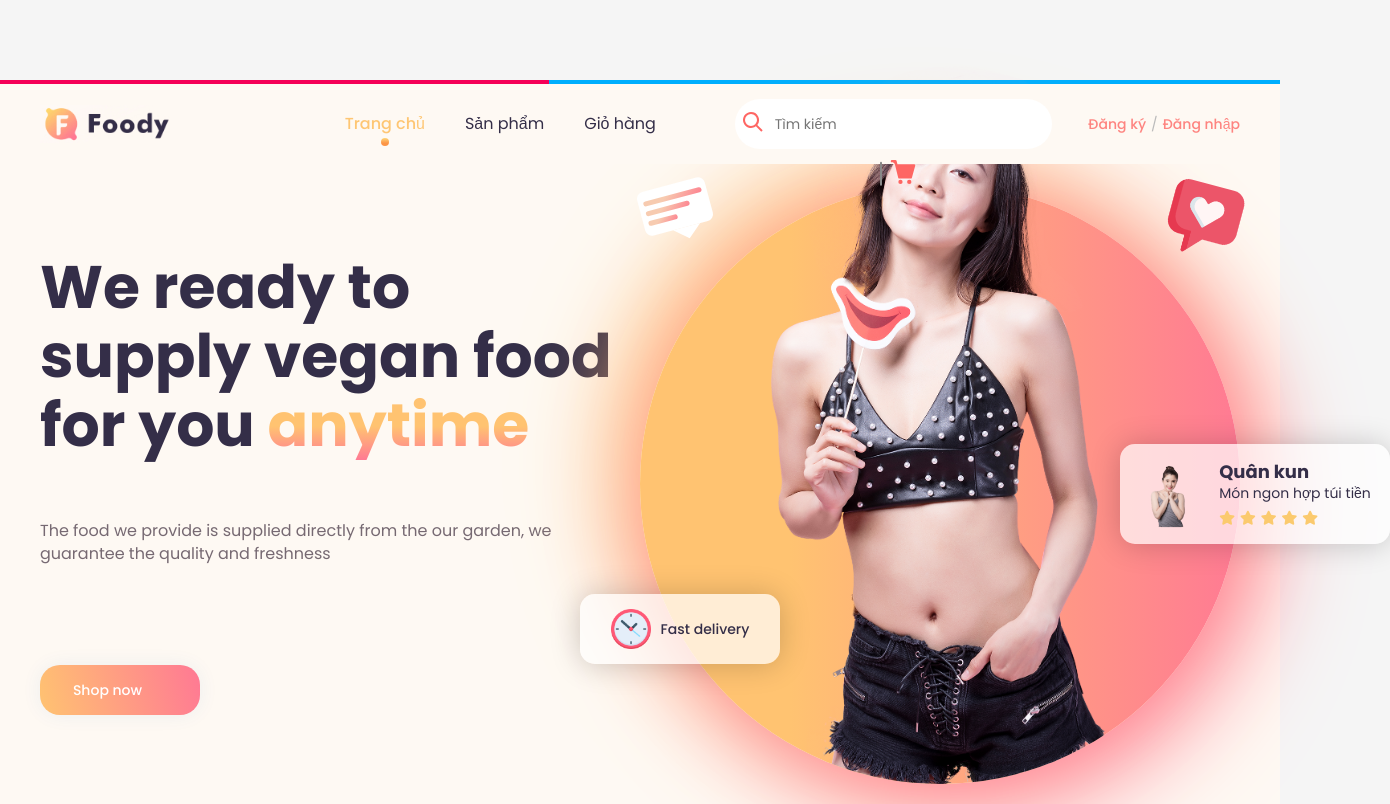
Repository: phamvuhung2710/react-ecommerce
Page: /
These files come from the project's save history. The page is drawn as it stood at one moment and after the next save; the edit follows.
The browser window is 1280 px wide. The page is 1390 px wide, so the pictures cover 1390 px, including what lies to the right of the window. The pictures show the whole page.
The page's requests for data from a server got no answer. Some web libraries are served in a nearby version. The project was rebuilt for these pictures with package versions that can differ from the ones it lists, and the page was loaded fresh each time. No one was signed in, and anything a server would have sent is missing. Also part of the build but not shown: src/guard/AuthenticatedGuard.jsx, src/guard/UnauthenticatedGuard.jsx, src/layouts/CartLayout/CartLayout.jsx, src/layouts/RegisterLayout/RegisterLayout.jsx.

Above is the page before, as saved 2021-09-07 19:03:30.

### public/index.html
<!DOCTYPE html>
<html lang="en">
  <head>
    <meta charset="utf-8" />
    <link rel="icon" href="%PUBLIC_URL%/logo512.png" />
    <meta name="viewport" content="width=device-width, initial-scale=1" />
    <meta name="theme-color" content="#000000" />
    <meta
      name="description"
      content="Web site created using create-react-app"
    />
    <link rel="apple-touch-icon" href="%PUBLIC_URL%/logo512.png" />
    <!--
      manifest.json provides metadata used when your web app is installed on a
      user's mobile device or desktop. See https://developers.google.com/web/fundamentals/web-app-manifest/
    -->
    <link rel="manifest" href="%PUBLIC_URL%/manifest.json" />
    <!--
      Notice the use of %PUBLIC_URL% in the tags above.
      It will be replaced with the URL of the `public` folder during the build.
      Only files inside the `public` folder can be referenced from the HTML.

      Unlike "/favicon.ico" or "favicon.ico", "%PUBLIC_URL%/favicon.ico" will
      work correctly both with client-side routing and a non-root public URL.
      Learn how to configure a non-root public URL by running `npm run build`.
    -->
    <title>Foody</title>
    <link
      rel="stylesheet"
      href="https://pro.fontawesome.com/releases/v5.10.0/css/all.css"
      integrity="sha384-AYmEC3Yw5cVb3ZcuHtOA93w35dYTsvhLPVnYs9eStHfGJvOvKxVfELGroGkvsg+p"
      crossorigin="anonymous"
    />
  </head>
  <body>
    <noscript>You need to enable JavaScript to run this app.</noscript>
    <div id="root"></div>
    <!--
      This HTML file is a template.
      If you open it directly in the browser, you will see an empty page.

      You can add webfonts, meta tags, or analytics to this file.
      The build step will place the bundled scripts into the <body> tag.

      To begin the development, run `npm start` or `yarn start`.
      To create a production bundle, use `npm run build` or `yarn build`.
    -->
  </body>
</html>

### src/assets/styles/global.scss
@font-face {
  font-family: 'Inter';
  src: url('../font/Inter-VariableFont_slnt\,wght.ttf')
      format('woff2 supports variations'),
    url('../font/Inter-VariableFont_slnt\,wght.ttf') format('woff2-variations');
  font-weight: 100 900;
}
@import url('https://fonts.googleapis.com/css2?family=Poppins:wght@100;200;300;400;500;600;700;800;900&display=swap');

$font: 'Poppins';

html {
  font-size: 62.5%;
}

body {
  font-size: 1.4rem;
  font-weight: 400;
  font-family: $font, sans-serif;
  background-color: #f5f5f5;
  color: rgba(0, 0, 0, 0.8);
}

* {
  margin: 0;
  padding: 0;
  box-sizing: border-box;
}

.container {
  width: 1200px;
  margin-left: auto;
  margin-right: auto;
}

.link {
  color: #ee4d2d;
  font-size: 1.4rem;
  cursor: pointer;
}

ul {
  list-style: none;
}

:focus-visible {
  outline: none;
}

button {
  cursor: pointer;
  &:disabled {
    cursor: default;
  }
}

a {
  text-decoration: none;
}

svg {
  width: 1em;
  height: 1em;
  fill: currentColor;
}

.menu--active {
  cursor: pointer;
  color: #fec673 !important;
  font-weight: 500 !important;
  &::before {
    content: '';
    position: absolute;
    top: 100%;
    left: 50%;
    width: 8px;
    height: 8px;
    border-radius: 50%;
    background: linear-gradient(
      to top,
      rgba(252, 149, 70, 1) 35%,
      rgba(254, 214, 119, 1) 100%
    );
    transform: translateX(-50%);
  }
}

.category--active {
  cursor: pointer;
  color: #fec673 !important;
  font-weight: 500 !important;
  &::before {
    content: '';
    position: absolute;
    top: 100%;
    left: 0%;
    width: 8px;
    height: 8px;
    border-radius: 50%;
    background: linear-gradient(
      to top,
      rgba(252, 149, 70, 1) 35%,
      rgba(254, 214, 119, 1) 100%
    );
    transform: translateX(-50%);
  }
}

// css for react-toasify
.Toastify__toast--error {
  border: 1px solid rgb(248, 96, 134);
  background: #fdf1f0 !important;
  border-radius: 5px !important;
  color: rgb(248, 96, 134) !important;
  font-family: $font, sans-serif;
  font-size: 14px;
  padding-left: 20px;
  line-height: 20px;
  padding: 0px;
  padding-top: 25px;
  width: 100%;
  font-weight: 500;
  text-align: center;
}
.Toastify__toast--error::after {
  position: absolute;
  color: #333333;
  font-size: 15px;
  font-weight: 700;
  left:265px;
  padding-top: 14px !important;
  width: fit-content;
  height: auto;
}
.Toastify__toast--error::before {
  content : url('../../assets/svg/error.svg');
  position:relative;
  z-index:100000;
  left:12px;
  width: 24px;
  height: 24px;
  margin-right: 5px;
}
.Toastify__toast--success {
  border: 1px solid rgb(44, 204, 255) !important;
  border-radius: 5px !important;
  background: #ebf5ff !important;
  color: rgb(44, 204, 255) !important;
  font-family: $font, sans-serif;
  display: flex;
  align-items: center;
}
.Toastify__toast--success::before {
  content : url('../../assets/svg/success.svg');
  position:relative;
  z-index:100000;
  left:12px;
  width: 24px;
  height: 24px;
  margin-right: 5px;
}
.Toastify__toast--success::after {
  position: absolute;
  color: #2657bb !important;
  background: #00aefd !important;
  font-size: 15px;
  font-weight: 700;
  left:265px;
  padding-top: 14px !important;
  width: fit-content;
  height: auto;
}
.Toastify__toast--warning {
  border: 1px solid rgb(255, 205, 43) !important;
  background: #fffdeb !important;
  border-radius: 5px !important;
  color: rgb(255, 205, 43) !important;
  font-family: $font, sans-serif;
  font-size: 14px;
  padding-left: 20px;
  line-height: 20px;
  width: 100%;
  font-weight: 500;
  text-align: center;
}
.Toastify__toast--warning::before {
  position:relative;
  z-index:100000;
  left:12px;
  top:6px;
}
.Toastify__toast--warning::after {
  position: absolute;
  color: #E78326;
  font-size: 15px;
  font-weight: 700;
  left:265px;
  padding-top: 14px !important;
  width: fit-content;
  height: auto;
}
.Toastify__toast-body {
  // border-radius: 5px !important;
  // background: #ebf5ff !important;
  // color: #2657bb !important;
  font-family: "Poppins", sans-serif;
  font-size: 14px;
  padding-left: 20px;
  line-height: 20px;
  padding-left: 15px;
  width: 100%;
  font-weight: 500;
  text-align: center;
  display: flex;
  align-items: center;
}
.Toastify__toast > button>  svg {
  display: none;
}

.Toastify__progress-bar--error {
  background-color: rgba(248, 96, 134,0.7) !important;
}

.Toastify__progress-bar--success {
  background-color: rgba(44, 204, 255, 0.7) !important;
}

### src/Routes.jsx
import React, { lazy, Suspense } from 'react'
import { Route, Switch } from 'react-router-dom'
import Fallback from './components/Fallback/Fallback'
import { path } from './constants/path'
import AuthenticatedGuard from './guard/AuthenticatedGuard'
import UnauthenticatedGuard from './guard/UnauthenticatedGuard'
import CartLayout from './layouts/CartLayout/CartLayout'
import MainLayout from './layouts/MainLayout/MainLayout'
import RegisterLayout from './layouts/RegisterLayout/RegisterLayout'

const Home = lazy(() => import('./pages/Home/Home'))
const Product = lazy(() => import('./pages/Product/Product'))
const ProductDetail = lazy(() => import('./pages/ProductDetail/ProductDetail'))
const User = lazy(() => import('./pages/User/User'))
const NotFound = lazy(() => import('./pages/NotFound/NotFound'))
const Cart = lazy(() => import('./pages/Cart/Cart'))
const Login = lazy(() => import('./pages/Auth/Login/Login'))
const Register = lazy(() => import('./pages/Auth/Register/Register'))

export default function Routes() {
  return (
    <Switch>
      <Route path={path.home} exact>
        <MainLayout>
          <Suspense fallback={<Fallback />}>
            <Home />
          </Suspense>
        </MainLayout>
      </Route>

      <Route path={path.product} exact>
        <MainLayout>
          <Suspense fallback={<Fallback />}>
            <Product />
          </Suspense>
        </MainLayout>
      </Route>

      <Route path={path.productDetail} exact>
        <MainLayout>
          <Suspense fallback={<Fallback />}>
            <ProductDetail />
          </Suspense>
        </MainLayout>
      </Route>

      <Route path={path.login}>
        <UnauthenticatedGuard>
          <RegisterLayout title="Đăng nhập">
            <Suspense fallback={<Fallback />}>
              <Login />
            </Suspense>
          </RegisterLayout>
        </UnauthenticatedGuard>
      </Route>

      <Route path={path.register}>
        <UnauthenticatedGuard>
          <RegisterLayout title="Đăng ký">
            <Suspense fallback={<Fallback />}>
              <Register />
            </Suspense>
          </RegisterLayout>
        </UnauthenticatedGuard>
      </Route>

      <Route path={path.user}>
        <AuthenticatedGuard>
          <MainLayout>
            <Suspense fallback={<Fallback />}>
              <User />
            </Suspense>
          </MainLayout>
        </AuthenticatedGuard>
      </Route>

      <Route path={path.cart}>
        <AuthenticatedGuard>
          <CartLayout>
            <Suspense fallback={<Fallback />}>
              <Cart />
            </Suspense>
          </CartLayout>
        </AuthenticatedGuard>
      </Route>

      <Route path={path.notFound}>
        <Suspense fallback={<Fallback />}>
          <NotFound />
        </Suspense>
      </Route>
    </Switch>
  )
}

### src/components/Authorization/Authorization.jsx
import { useEffect } from 'react'
import { useDispatch, useSelector } from 'react-redux'
import { unauthorize } from 'src/pages/Auth/auth.slice'
import { path } from 'src/constants/path'
import { useHistory } from 'react-router-dom'
import { useAuthenticated } from 'src/hooks/useAuthenticated'
import { getCartPurchases } from 'src/pages/Cart/cart.slice'

function Authorization(props) {
  const status = useSelector(state => state.app.status)
  const dispatch = useDispatch()
  const history = useHistory()
  const authenticated = useAuthenticated()

  useEffect(() => {
    if (status === 401) {
      dispatch(unauthorize)
      history.push(path.login)
    }
  }, [status, dispatch, history])

  useEffect(() => {
    if (authenticated) {
      dispatch(getCartPurchases())
    }
  }, [dispatch, authenticated])

  return null
}

export default Authorization

### src/components/Fallback/Fallback.jsx
import React from 'react'
import { LinearProgress } from '@material-ui/core'
import styled from 'styled-components'
import { useSelector } from 'react-redux'

const StyledLoading = styled(LinearProgress)`
  /* position: fixed !important;
  top: 0;
  left: 0;
  right: 0; */
  margin-top: 80px;
  background-color: #00aefd !important;
`

function Fallback(props) {
  const loading = useSelector(state => state.app.loading)

  if (loading > 0) {
    return <StyledLoading color="secondary" />
  }

  // return null
  return <StyledLoading color="secondary" />
}
export default Fallback

### src/constants/path.js
const USER = '/user'

export const path = {
  home: '/',
  cart: '/cart',
  product: '/product',
  productDetail: '/product/:productId',
  login: '/login',
  register: '/register',
  user: USER,
  profile: `${USER}/profile`,
  password: `${USER}/password`,
  purchase: `${USER}/purchase`,
  notFound: '*'
}

### src/layouts/MainLayout/MainLayout.jsx
import React from 'react'
import Header from 'src/components/Header/Header'
import PropTypes from 'prop-types'

MainLayout.propTypes = {
  children: PropTypes.oneOfType([
    PropTypes.element,
    PropTypes.arrayOf(PropTypes.element)
  ])
}

function MainLayout({ children }) {
  return (
    <div>
      <Header />
      {children}
      {/* <Footer /> */}
    </div>
  )
}

export default MainLayout

### src/pages/Home/Home.jsx
import React from 'react'
import { path } from 'src/constants/path'
import * as S from './home.style'

export default function Home() {
  return (
    <S.Background>
      <S.Container className="container">
        <S.MainLeft>
          <S.Title>
            We ready to supply vegan food for you{' '}
            <S.TitleHighLight>anytime</S.TitleHighLight>
          </S.Title>
          <S.Description>
            The food we provide is supplied directly from the our garden, we
            guarantee the quality and freshness
          </S.Description>
          <S.ShopNow to={path.product}>
            <S.NameButton>Shop now</S.NameButton>
            <S.IconButton className="fas fa-chevron-circle-right"></S.IconButton>
          </S.ShopNow>
        </S.MainLeft>
        <S.MainRight>
          <S.CircleMain>
            <S.FoodGirl src="/img/girl-foody.png" />
            <S.FlashHeart src="/img/heart.png" />
            <S.FlashComment>
              <S.FlashCommentAvatar>
                <S.FlashCommentImage src="/img/avatar.png" />
              </S.FlashCommentAvatar>
              <S.FlashCommentDetail>
                <S.FlashCommentTitle>Quân kun</S.FlashCommentTitle>
                <S.FlashCommentContent>
                  Món ngon hợp túi tiền
                </S.FlashCommentContent>
                <S.FlashCommentStar>
                  <S.FlashCommentStarIcon className="fas fa-star" />
                  <S.FlashCommentStarIcon className="fas fa-star" />
                  <S.FlashCommentStarIcon className="fas fa-star" />
                  <S.FlashCommentStarIcon className="fas fa-star" />
                  <S.FlashCommentStarIcon className="fas fa-star" />
                </S.FlashCommentStar>
              </S.FlashCommentDetail>
            </S.FlashComment>
            <S.FlashMessage>
              <S.FlashMessageLine />
              <S.FlashMessageLine />
              <S.FlashMessageLine />
            </S.FlashMessage>
            <S.FlashDelivery>
              <S.FlashDeliveryIcon src="/img/clock.png" />
              <S.FlashDeliveryText>Fast delivery</S.FlashDeliveryText>
            </S.FlashDelivery>
          </S.CircleMain>
        </S.MainRight>
      </S.Container>
    </S.Background>
  )
}

### src/hooks/useAuthenticated.js
import { useSelector } from 'react-redux'

export function useAuthenticated() {
  return useSelector(state => Boolean(state.auth.profile._id))
}

### src/api/user.api.js
import axiosClient from './axiosClient'

const userApi = {
  updateMe(data) {
    const url = '/user'
    return axiosClient.put(url, data)
  }
}

export default userApi

### src/components/Header/Header.jsx
import React, { useEffect, useState } from 'react'
import * as S from './header.style'
import usePopover from 'src/hooks/usePopover'
import Popover from '../Popover/Popover'
import { path } from 'src/constants/path'
import { logout } from 'src/pages/Auth/auth.slice'
import { useDispatch, useSelector } from 'react-redux'
import { useAuthenticated } from 'src/hooks/useAuthenticated'
import { useHistory } from 'react-router-dom'
import useQuery from 'src/hooks/useQuery'
import { formatMoney } from 'src/utils/helper'
import { useRouteMatch } from 'react-router-dom'
import { unwrapResult } from '@reduxjs/toolkit'

Header.propTypes = {}

function Header() {
  const match = useRouteMatch()
  const authenticated = useAuthenticated()
  const profile = useSelector(state => state.auth.profile)
  const { activePopover, showPopover, hidePopover } = usePopover()
  const [isUserPopover, setIsUserPopover] = useState(false)
  const dispatch = useDispatch()
  const [searchValue, setSearchValue] = useState('')
  const history = useHistory()
  const query = useQuery()
  const purchases = useSelector(state => state.cart.purchases)

  useEffect(() => {
    const { name = '' } = query
    setSearchValue(name)
  }, [query])

  const onChangeSearch = event => {
    setSearchValue(event.target.value)
  }

  const handleLogout = () => {
    dispatch(logout())
  }

  const handleShowPopoverCart = () => {
    setIsUserPopover(false)
    showPopover()
  }

  const handleShowPopoverUser = () => {
    setIsUserPopover(true)
    showPopover()
  }

  const search = event => {
    event.preventDefault()
    history.push(path.product + `?name=${searchValue}`)
  }

  return (
    <S.StyledHeader>
      <div className="container">
        {/* <Navbar /> */}
        <S.HeaderWrap>
          <S.Logo to="/">
            <S.ImageLogo src="/img/logo-foody.png" />
          </S.Logo>
          <S.Menu>
            <S.MenuItem
              activeClassName={match.url === path.home ? 'menu--active' : ''}
              to={path.home}
            >
              Trang chủ
            </S.MenuItem>
            <S.MenuItem
              activeClassName={match.url === path.product ? 'menu--active' : ''}
              to={path.product}
            >
              Sản phẩm
            </S.MenuItem>
            <S.MenuItem
              activeClassName={match.url === path.cart ? 'menu--active' : ''}
              to={path.cart}
            >
              Giỏ hàng
            </S.MenuItem>
            {/* <S.MenuItem to={path.user}>Tài khoản</S.MenuItem> */}
          </S.Menu>
          <S.StyledForm onSubmit={search}>
            <S.IConSearch>
              <svg
                width={24}
                height={24}
                viewBox="0 0 24 24"
                xmlns="http://www.w3.org/2000/svg"
                version="1.1"
                xmlnsXlink="http://www.w3.org/1999/xlink"
                className="d7e-0f24ac d7e-72271e"
              >
                <path
                  d="M10 2a8 8 0 016.32 12.905l5.387 5.388-1.414 1.414-5.388-5.386A8 8 0 1110 2zm0 2a6 6 0 100 12 6 6 0 000-12z"
                  fill="#fe6663"
                  fillRule="nonzero"
                />
              </svg>
            </S.IConSearch>
            <S.StyledInput
              placeholder="Tìm kiếm"
              onChange={onChangeSearch}
              value={searchValue}
            />
            <S.Cart
              onMouseEnter={handleShowPopoverCart}
              onMouseLeave={hidePopover}
            >
              <S.CartContainer>
                <S.CartIcon to="/cart">
                  <svg
                    viewBox="0 0 26.6 25.6"
                    className="shopee-svg-icon navbar__link-icon icon-shopping-cart-2"
                  >
                    <polyline
                      fill="#fe6663"
                      points="2 1.7 5.5 1.7 9.6 18.3 21.2 18.3 24.6 6.1 7 6.1"
                      strokeLinecap="round"
                      strokeLinejoin="round"
                      strokeMiterlimit={10}
                      strokeWidth="2.5"
                    />
                    <circle cx="10.7" cy={23} r="2.2" stroke="none" />
                    <circle cx="19.7" cy={23} r="2.2" stroke="none" />
                  </svg>
                  {/* <img src="/img/shopping-cart.png" alt="#" /> */}
                </S.CartIcon>
                <Popover active={!isUserPopover && activePopover}>
                  <S.PopoverContent>
                    <S.PopoverTitle>Sản phẩm mới thêm</S.PopoverTitle>
                    {purchases &&
                      purchases.length > 0 &&
                      purchases.slice(0, 5).map(purchase => (
                        <S.MiniProductCart key={purchase._id}>
                          <S.MiniProductCartImg src={purchase.product.image} />
                          <S.MiniProductCartTitle>
                            {purchase.product.name}
                          </S.MiniProductCartTitle>
                          <S.MiniProductCartPrice>
                            đ{formatMoney(purchase.product.price)}
                          </S.MiniProductCartPrice>
                        </S.MiniProductCart>
                      ))}

                    <S.PopoverFooter>
                      <S.MoreProduct>
                        {purchases && purchases.length > 5 && (
                          <span>{purchases.length - 5} sản phẩm vào giỏ</span>
                        )}
                      </S.MoreProduct>
                      <S.ButtonShowCart to={path.cart}>
                        Xem giỏ hàng
                      </S.ButtonShowCart>
                    </S.PopoverFooter>
                  </S.PopoverContent>
                </Popover>
              </S.CartContainer>
            </S.Cart>
            {purchases && purchases.length > 0 && (
              <S.CartNumberBadge>{purchases.length}</S.CartNumberBadge>
            )}
          </S.StyledForm>
          <S.UserAccount>
            {authenticated && (
              <span>
                <S.User
                  onMouseEnter={handleShowPopoverUser}
                  onMouseLeave={hidePopover}
                >
                  <S.UserImage src="/img/anh-4.jpg" />
                  <S.Username>{profile.name || profile.email}</S.Username>
                  <Popover active={isUserPopover && activePopover}>
                    <S.UserLink to={path.user}>Tài khoản của tôi</S.UserLink>
                    <S.UserLink to={path.purchase}>Đơn mua</S.UserLink>
                    <S.UserButton onClick={handleLogout}>
                      Đăng xuất
                    </S.UserButton>
                  </Popover>
                </S.User>
              </span>
            )}
            {!authenticated && (
              <S.RegisterOrLogin>
                <span>
                  <S.NavLink to={path.register}>Đăng ký</S.NavLink>
                </span>
                <S.Separate> / </S.Separate>
                <span>
                  <S.NavLink to={path.login}>Đăng nhập</S.NavLink>
                </span>
              </S.RegisterOrLogin>
            )}
          </S.UserAccount>
        </S.HeaderWrap>
      </div>
    </S.StyledHeader>
  )
}

export default Header

### src/hooks/useQuery.js
import { useMemo } from 'react'
import { useLocation } from 'react-router-dom'
import qs from 'query-string'

export default function useQuery() {
  const location = useLocation()
  const queryString = useMemo(
    () => qs.parse(location.search),
    [location.search]
  )

  return queryString
}

### src/constants/status.js
export const purchaseStatus = {
  inCart: -1,
  all: 0,
  waitForConfirmation: 1,
  waitForGetting: 2,
  inProgress: 3,
  delivered: 4,
  cancelled: 5
}

### src/hooks/usePopover.js
import { useState } from 'react'

export default function usePopover() {
  const [activePopover, setActivePopover] = useState(false)
  const showPopover = () => setActivePopover(true)
  const hidePopover = () => setActivePopover(false)
  return {
    activePopover,
    showPopover,
    hidePopover
  }
}

### src/components/Popover/Popover.jsx
 import React from 'react'
import PropTypes from 'prop-types'
import * as S from './popover.style'

Popover.propTypes = {
  active: PropTypes.bool,
  children: PropTypes.oneOfType([
    PropTypes.element,
    PropTypes.arrayOf(PropTypes.element)
  ])
}

function Popover({ active, children }) {
  return (
    <>
      {active && (
        <S.Drawer>
          {/* <S.PopoverArrow /> */}
          <S.PopoverContent>{children}</S.PopoverContent>
        </S.Drawer>
      )}
    </>
  )
}

export default Popover

Loaded but not shown: src/index.css (common file); src/reportWebVitals.js (common file); src/components/Header/header.style.js (345 lines, source omitted); src/pages/Home/home.style.js (248 lines, source omitted); src/assets/styles/utils.js (86 lines, source omitted); src/pages/Auth/auth.slice.js (61 lines, source omitted); src/utils/helper.js (37 lines, source omitted); src/api/axiosClient.js (46 lines, source omitted); src/pages/Cart/cart.slice.js (42 lines, source omitted); src/components/Popover/popover.style.js (51 lines, source omitted); src/api/purchase.api.js (37 lines, source omitted); src/index.js (24 lines, source omitted); src/app.slice.js (30 lines, source omitted); src/App.js (21 lines, source omitted); src/store.js (18 lines, source omitted); src/api/auth.api.js (18 lines, source omitted)

After the next save:
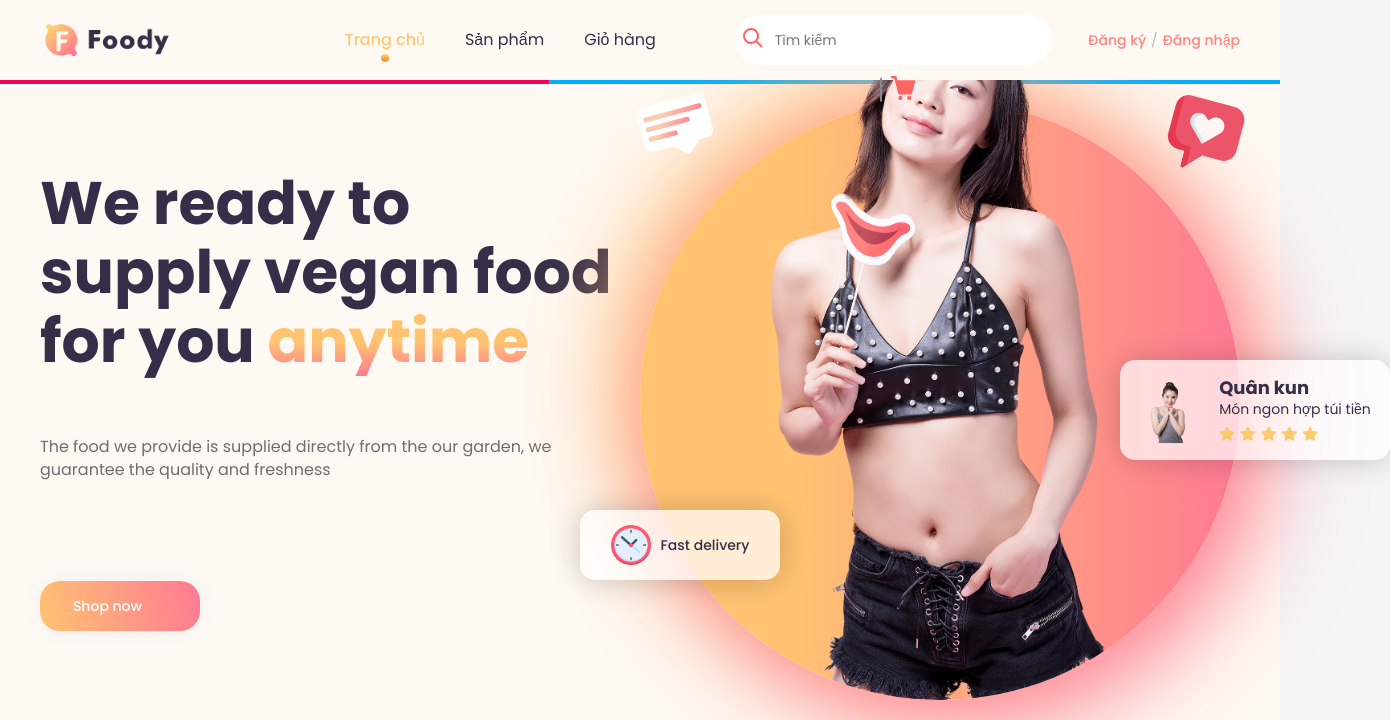
Saved 19 s later.
--- a/src/components/Fallback/Fallback.jsx
+++ b/src/components/Fallback/Fallback.jsx
@@ -4,10 +4,10 @@ import styled from 'styled-components'
 import { useSelector } from 'react-redux'
 
 const StyledLoading = styled(LinearProgress)`
-  /* position: fixed !important;
+  position: fixed !important;
   top: 0;
   left: 0;
-  right: 0; */
+  right: 0;
   margin-top: 80px;
   background-color: #00aefd !important;
 `
